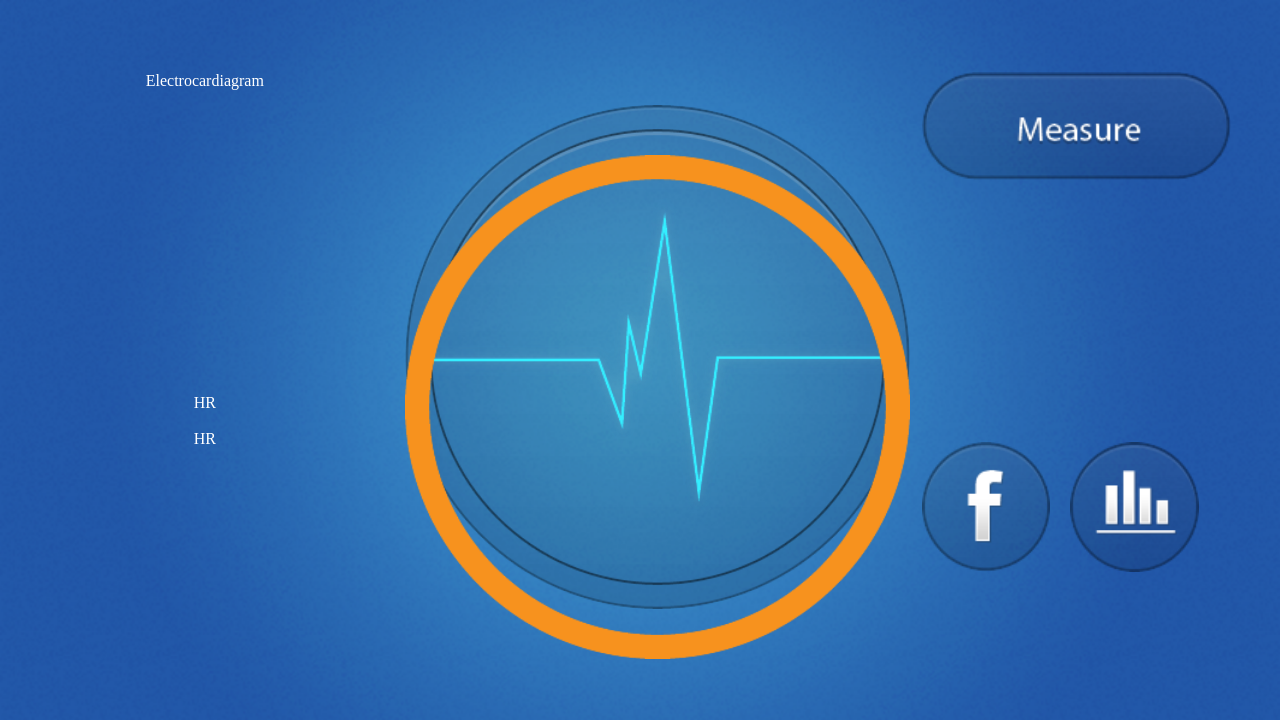
Repository: chouwill79131/IEcontest
Page: BluetoothChat/assets/main.html
The author's editor kept a copy of each file at every save. The page is drawn from the files as they stood at one save, then again after the next save.
The browser window is 1280 px wide. The pictures show the whole page.

Above is the page before, as saved 2013-03-08 17:22:02.
Console error: TypeError: Cannot set properties of null (setting 'innerHTML')

### BluetoothChat/assets/main.html
<html>
  <head>
    <meta http-equiv="Content-Type" content="text/html; charset=utf-8"/>
    <link href="main.css" rel="stylesheet"/>
    <script src="jquery.js"></script>
    <script src="highcharts.js"></script>
    <script src="delay.js"></script>
    <script src="main.js"></script>
  </head>
  <body>
    <div id="main" >
    	<div class="left">
			<div class="text">
				<div class="word">Electrocardiagram</div><br />
				<div class="hr">HR</div><br />
				<div class="date">HR</div>
			</div>

		</div>

		<div class="mid">
			<img class="rhythm" src="button/rhythm.png" />
			<img class="circle" src="button/circle.png" />
		</div>

		<div class="right">
			<button class="measure"><img src="button/Measure.png" /></button><br />
			<button class="share" ><img src="button/Share.png" /></button>
			<button class="record"><img src="button/Record.png" /></button>
		</div>




	</div>
  </body>
</html>

### BluetoothChat/assets/main.css


body { margin:0; padding:0; }
#main { width: auto; height: 100%; background-image: url(button/background.png); background-size: 100% 100%; }
.left, .mid, .right {float: left; height: 100%; }


.left {  width: 28%; padding-left:2%;}
.text, .hr { text-align: center; }
.text { margin-top: 20%; color:white; }
.hr {   margin-top: 80%; color:white; }
.date { font-family: droidsans ; }

.mid { width: 41%; }
.rhythm, .circle { width: auto; height:70%; margin-left: 4%; }
.rhythm { margin-top: 20%; z-index: 1; }
.circle { margin-top: -86.5%; z-index: 2; position: relative;}

.right { width: 29%; }
.right button { float: left; border: none; background: transparent; }
.measure img {margin-top: 5%; width: auto;  height:15%; }
.share img, .record img { width: auto;  height:18%; }
.measure { margin-left: 2%; margin-top: 15%; }
.share, .record { background: red;margin-top: 70%; margin-left: 2%; }


<!--
border? font? .record_top
-->

### BluetoothChat/assets/delay.js

$(function(){
setTimeout(function(){
$.getScript("dy_chart.js");
},200)
})

### BluetoothChat/assets/main.js
var chart;
var step = 0.01;	//step0.008每秒125點	//0.005極限
var xstart = step;
var hr = "--";
var score = "--";
var index;
$(document).ready(function ready() {

    var s = "";
    var theDate = new Date();
    s += theDate.getYear()+1900 + ".";                //  年
    s += (theDate.getMonth() + 1) + ".";				// 月
    s += theDate.getDate(); 							// 日
    document.getElementById("date").innerHTML = s;
    index = document.getElementById("main").innerHTML; //保留首頁

    $(".measure").live("click", function() {
      measure();
    }); //click .measure


}); //(document).ready

function shared(){
	view1 = document.getElementById("rhythm").innerHTML;
	document.getElementById("rhythm").innerHTML = view1+'<img class="stop" src="button/complete.png" style="width:100%; margin-top: -50% ;z-index:5;position: relative;" />';
	$("#main").live("click", function() {
      document.getElementById("rhythm").innerHTML = view1;
    });
}

function complete(hr1,score1){
  hr = hr1;
  score = score1;
  view = document.getElementById("dy_chart").innerHTML;
  document.getElementById("dy_chart").innerHTML = view+'<img class="stop" src="button/Completed.png" style="width:50%; margin: -20% 0% 0% 25%; z-index:2;position: relative;" />';
  $(".stop").html('<img src="button/Continue.png" />');
}

function addSomething(a) {
  for (var i in a){
    chart.series[0].addPoint([xstart,a[i]],false,true);
    xstart += step;
  }
  chart.redraw();
}

function history(history){
	view2 = document.getElementById("main").innerHTML;
    $("#main").html(
    '<div class="main1">'+
	'<div class="contain">'+
	'<div id="dy_chart" style="z-index:1;position: relative;"></div>'+
	'</div>'+
	'<div id="foot">'+
	'<button class="stop">'+
	'<img src="button/Back.png" />'+
	'</button>'+
	'</div>'+
    '</div>'
    );

    Highcharts.setOptions({
      global: {
	useUTC: true
      }
    });

    hischart = new Highcharts.Chart({
      chart: {
		renderTo: 'dy_chart',
		backgroundColor: 'transparent',
		type: 'line',
      },
      title: {
		style:{ color: '#FFFFFF'},
		text: 'Measure history',
      },
      credits: {			// highchart.com
		enabled:false
      },
      legend: {  			// 線的標示
        enabled: false
      },
      xAxis: {
      	type: 'datetime',
		dateTimeLabelFormats: { // don't display the dummy year
	  		month: '%e. %b',
	  		year: '%b'
		},
		lineColor: '#FFFFFF',
		labels: {
	  		style: {
				color: '#FFFFFF',
			}
		}
	  },
	  yAxis: {
	    title: {text: 'Feeling',
	    			style: {
						color: '#FFFFFF',
					}
				},
	  	gridLineColor: '#FFFFFF',
	  	labels: {
	  		style: {
				color: '#FFFFFF',
			}
		}
	  },
	  plotOptions: {
                line: {
                    dataLabels: {
                        enabled: true,
                        color: '#FFFFFF',
                    },
                    enableMouseTracking: true,
                }
      },
	series: [{
	  name: 'measure history',
	  color: '#FFFFFF',
	  data: history
	}],
    });

    $(".stop").live("click", function(){
 //     hr = "--";
      $(".main1").html(view2);
 //     document.getElementById("hr").innerHTML = hr;
    });
};// .record click

function measure(){
	xstart = 0.01;
	$("#main").html('<div class="main1">'+
		'<div class="contain">'+
		'<div id="dy_chart" style="z-index:1;position: relative;"></div>'+
		'</div>'+
		'<div id="foot">'+
		'<button class="stop" onclick="window.MyHandler.disconnect()">'+
		'<img src="button/Stop.png" />'+
		'</button>'+
		'</div>'+
      	'</div>');
    Highcharts.setOptions({
      global: {useUTC: true }
    });
    chart = new Highcharts.Chart({
      chart: {
		renderTo: 'dy_chart',
		backgroundColor: 'transparent',
		type: 'spline',
		marginRight: 10,
      },
      credits: {enabled:false},
      title: {
		style:{ color: '#FFFFFF'},
		text: 'Electrondiagram',
      },
      xAxis: {
		type: 'x Axis',
		style:{ color: '#FFFFFF'},
		tickPixelInterval: 100,
		lineColor: '#FFFFFF',
		labels: {style: {color: '#FFFFFF'}},
      },
      yAxis: {
      	title: {
      		text: 'Score',
      		style: {color: '#FFFFFF'}},
	  		gridLineColor: '#FFFFFF',
	  		labels: {style: {color: '#FFFFFF'}},
			//max:1500,
			//min:0,
			title: {
	  			style:{ color: '#FFFFFF'},
	  			text: 'PPG'
	  		},
			plotLines: [{value: 0,width: 1}]
      	},
      	legend: {enabled: false},
      	exporting: {enabled: false},
      	plotOptions: {
			spline: {
	  			lineWidth: 1,
	  			states: {
	    			hover: {
	      				enabled: false,
	      				lineWidth: 2
	    			}
	  			},
	  		marker: {
	    		enabled: false,
	    		states: {
	      			hover: {
						enabled: false,
	      			}
	    		}
	  		},
		}
      }, // yAxis
      series: [{
		name: 'Data',
		color: '#FFFFFF',
		data: (function() {
	  		var data = [];
	  		var step = 0.01;	//step0.008每秒125點	//0.005極限
			var xstart = step;
	  		for (var i = -4; i <= xstart; i+=step){data.push({x: i,y: 0 });}
	  		return data;
		})()
		}]
    }); //Highcharts

    hr = '--';
    score = '--';
    $(".stop").live("click",function() {
      $(".main1").html(index);
      document.getElementById("hr").innerHTML = hr;
      document.getElementById("rhythm").innerHTML = '<div id="score">'+score+'</div><img class="circle" src="button/circle.png" />';
    }); //click .stop
}

### BluetoothChat/assets/dy_chart.js
var chart;
var step = 0.01;	//step0.008每秒125點	//0.005極限
var xstart = step;
//a = Math.random();
var hr = 15;
var score = 80;
function complete(hr1,score1){
	hr = hr1;
	score = score1;
	view = document.getElementById("dy_chart").innerHTML;
	document.getElementById("dy_chart").innerHTML = view+'<img class="stop" src="button/60.png" style="width:50%; margin: -20% 0% 0% 25%; z-index:2;position: relative;" /><br />'+hr+',<br />'+score;
}

function addSomething(a) {
//	setInterval(function() {        			 // for testing feq
	for (var i in a){
		chart.series[0].addPoint([xstart,a[i]],false,true);
		xstart += step;
	}

	/**
	chart.series[0].addPoint([xstart,a],false,true);
	xstart += step;
	**/

	chart.redraw();
//	}, 1000);									// for testing feq
}



$(function () {
	$(".stop").click(function() {
	$(".main1").html('  <div id="main" >'+
    	'<div class="left">'+
			'<div class="text">'+
				'<div class="word">Electrocardiagram</div><br />'+
				'<div class="subword">Measuring</div><br />'+
				'<div class="hr">HR <span id="hr"></span></div>'+
				'<div id="date"></div>'+
			'</div>'+
		'</div>'+
		'<div class="mid" id="mid">'+
			'<div class="score">84</div>'+
			'<img class="circle" src="button/circle.png" />'+
		'</div>'+
		'<div class="right">'+
			'<button class="measure"><img src="button/Measure.png" /></button><br />'+
			'<button class="share" ><img src="button/Share.png" /></button>'+
			'<button class="record"><img src="button/Record.png" /></button>'+
		'</div>'+
	'</div>');
 // 		window.location.href = "complete.html";
	});
    $(document).ready(function() {
        Highcharts.setOptions({
            global: {
                useUTC: false
            }
        });

        chart = new Highcharts.Chart({
            chart: {
                renderTo: 'dy_chart',
                backgroundColor: 'transparent',
                type: 'spline',
                marginRight: 10,
            },
            credits: {
            enabled:false
            }
            ,
            title: {
            	style:{ color: '#FFFFFF'},
                text: 'Electrondiagram',
            },
            xAxis: {
                type: 'x Axis',
                style:{ color: '#FFFFFF'},
                tickPixelInterval: 150
            },
            yAxis: {
            	max:1500,
            	min:0,
                title: {
                	style:{ color: '#FFFFFF'},
                    text: 'Value'
                },
                plotLines: [{
                    value: 0,
                    width: 1,
                }]
            },

            legend: {
                enabled: false
            },
            exporting: {
                enabled: false
            },
	    plotOptions: {
                spline: {
                   lineWidth: 1,
                   states: {
                       hover: {
                       	enabled: false,
                        lineWidth: 2
                       }
                   },
                   marker: {
                      enabled: false,
                      states: {
                          hover: {
                             enabled: false,
                          }
                      }
                  },
               }
            },
            series: [{
                name: 'Data',
                color: '#FFFFFF',
                data: (function() {
                    // generate an array of random data
                    var data = [],
                        time = (new Date()).getTime(),i;

                    for (i = -4; i <= xstart; i+=step) {
                        data.push({
                            x: i,
                            y: 0
                        });
                    }
                    return data;
                })()
            }]
        });
    });
});

Loaded but not shown: BluetoothChat/assets/jquery.js (library); BluetoothChat/assets/highcharts.js (library)

After the next save:
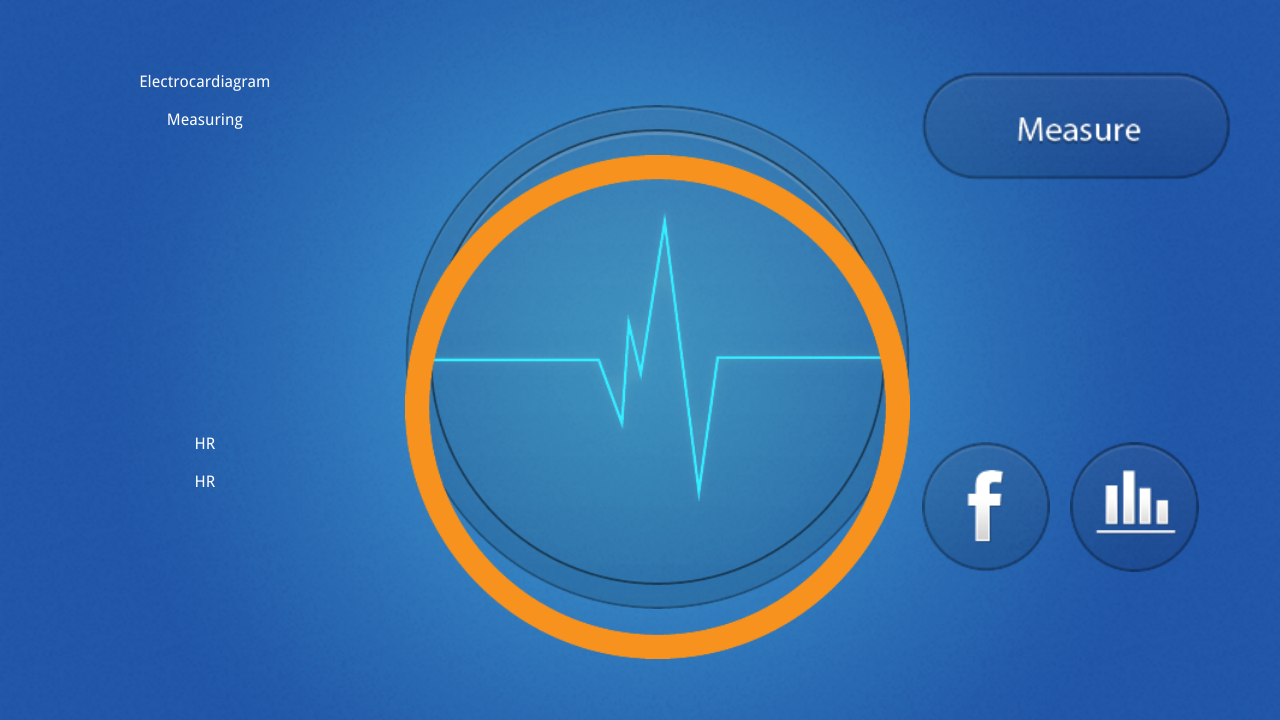
Saved 4 min 52 s later.
--- a/BluetoothChat/assets/main.html
+++ b/BluetoothChat/assets/main.html
@@ -12,6 +12,8 @@
     	<div class="left">
 			<div class="text">
 				<div class="word">Electrocardiagram</div><br />
+				<div class="subword">Measuring</div><br />
+
 				<div class="hr">HR</div><br />
 				<div class="date">HR</div>
 			</div>
--- a/BluetoothChat/assets/main.css
+++ b/BluetoothChat/assets/main.css
@@ -1,4 +1,7 @@
-
+@font-face {
+    font-family: droidsans;
+    src: url(fonts/droidsans.ttf);
+}
 
 body { margin:0; padding:0; }
 #main { width: auto; height: 100%; background-image: url(button/background.png); background-size: 100% 100%; }
@@ -7,8 +10,8 @@ body { margin:0; padding:0; }
 
 .left {  width: 28%; padding-left:2%;}
 .text, .hr { text-align: center; }
-.text { margin-top: 20%; color:white; }
-.hr {   margin-top: 80%; color:white; }
+.text { margin-top: 20%; color:white; font-family: droidsans ;}
+.hr {   margin-top: 80%; color:white; font-family: droidsans ;}
 .date { font-family: droidsans ; }
 
 .mid { width: 41%; }
